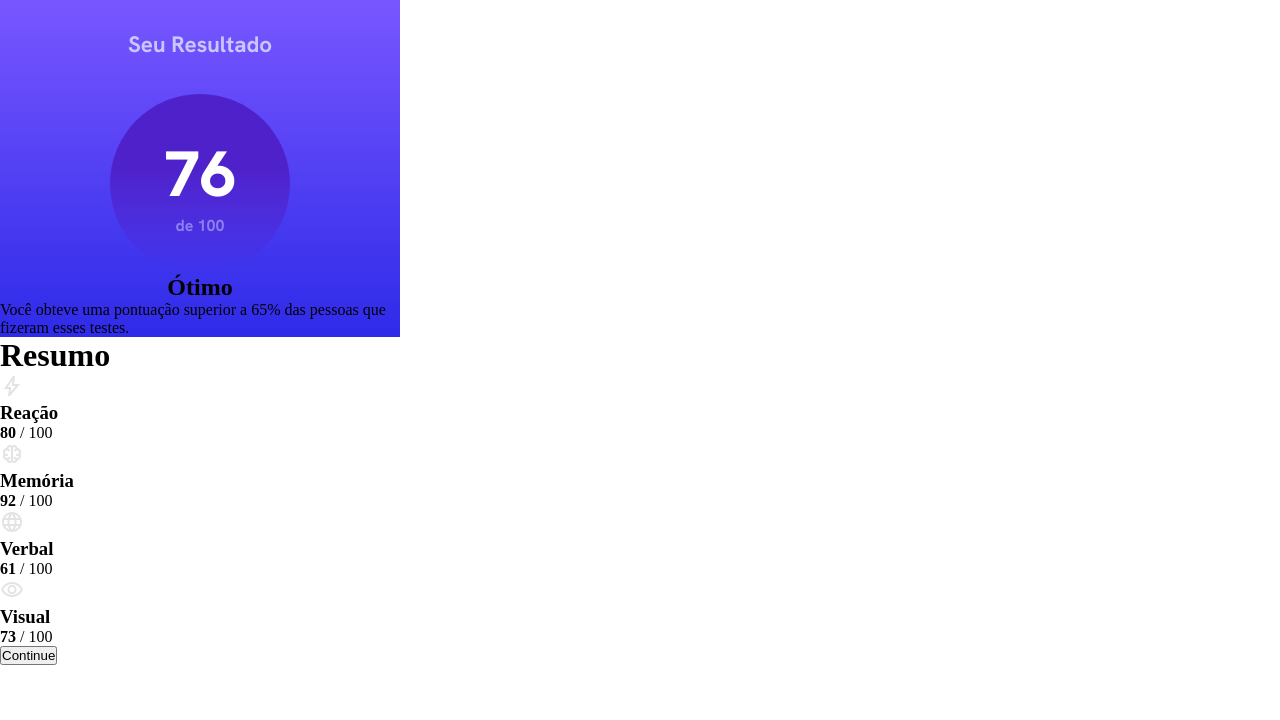
Repository: caique2512/resumo-de-resultados
Page: index.html
The author's editor kept a copy of each file at every save. The page is drawn from the files as they stood at one save, then again after a run of saves.
The browser window is 1280 px wide. The pictures show the whole page.

Above is the page before, as saved 2026-03-09 16:17:47.

After the next 3 saves:
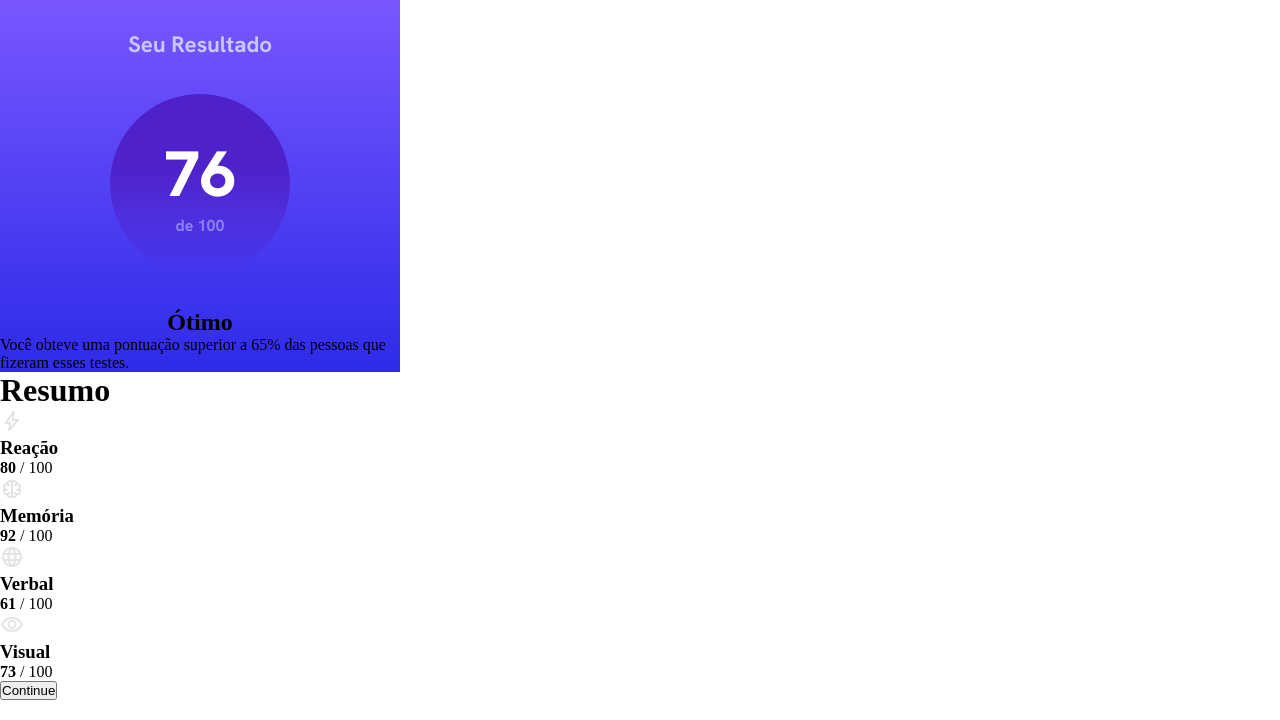
The 3 saves are shown as one change because they came seconds apart.
The last was saved 26 s later.
--- a/src/css/estilos.css
+++ b/src/css/estilos.css
@@ -25,7 +25,7 @@
     align-items: center;
     justify-content: center;
     flex-direction: column;
-    margin-top: 35px;
+    margin: 35px 35px;
 }
 
 .circulo h2 {
